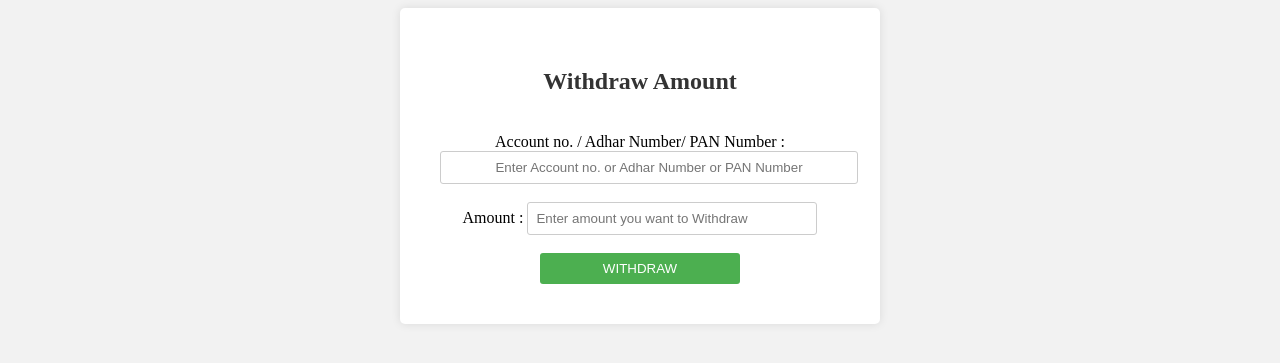
Repository: mansistic-0n3/Java_IGT
Page: Java Project/BankServlet/src/main/webapp/Detail.html
These files come from the project's save history. The page is drawn as it stood at one moment and after the next save; the edit follows.
The browser window is 1280 px wide. The pictures show the whole page.

Above is the page before, as saved 2023-06-30 05:04:25.

### Java Project/BankServlet/src/main/webapp/Detail.html
<!DOCTYPE html>
<html>
<head>
  <title>BANK</title>
</head>
<body style="background-color: #f2f2f2; text-align:center;">
  <div style="max-width: 400px; margin: 0 auto; padding: 40px; background-color: #ffffff; border-radius: 5px; box-shadow: 0 0 10px rgba(0, 0, 0, 0.1);">
    <h2 style="text-align: center; color: #333333;">Withdraw Amount</h2>
    <form action="draw">
      <br>
        Account no. / Adhar Number/ PAN Number : <input type="text" name="num" placeholder="Enter Account no. or Adhar Number or PAN Number" style="width: 100%;  text-align:center; padding: 8px; border-radius: 3px; border: 1px solid #cccccc;">
      <br><br>
        Amount :   <input type="text" name="amt" placeholder="Enter amount you want to Withdraw" style="width: 68%; padding: 8px; border-radius: 3px; border: 1px solid #cccccc;">
      <br><br>
        <button type="submit" style="width: 50%; padding: 8px; border-radius: 3px; border: none; background-color: #4CAF50; color: #ffffff; cursor: pointer;">WITHDRAW</button>
  </form></div>
</body>
</html>

After the next save:
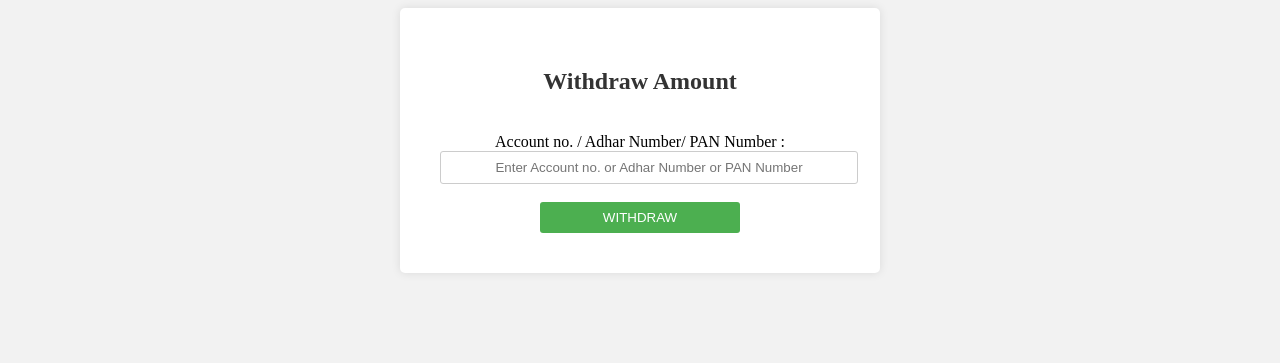
Saved 105 s later.
--- a/Java Project/BankServlet/src/main/webapp/Detail.html
+++ b/Java Project/BankServlet/src/main/webapp/Detail.html
@@ -10,8 +10,7 @@
       <br>
         Account no. / Adhar Number/ PAN Number : <input type="text" name="num" placeholder="Enter Account no. or Adhar Number or PAN Number" style="width: 100%;  text-align:center; padding: 8px; border-radius: 3px; border: 1px solid #cccccc;">
       <br><br>
-        Amount :   <input type="text" name="amt" placeholder="Enter amount you want to Withdraw" style="width: 68%; padding: 8px; border-radius: 3px; border: 1px solid #cccccc;">
-      <br><br>
+
         <button type="submit" style="width: 50%; padding: 8px; border-radius: 3px; border: none; background-color: #4CAF50; color: #ffffff; cursor: pointer;">WITHDRAW</button>
   </form></div>
 </body>
